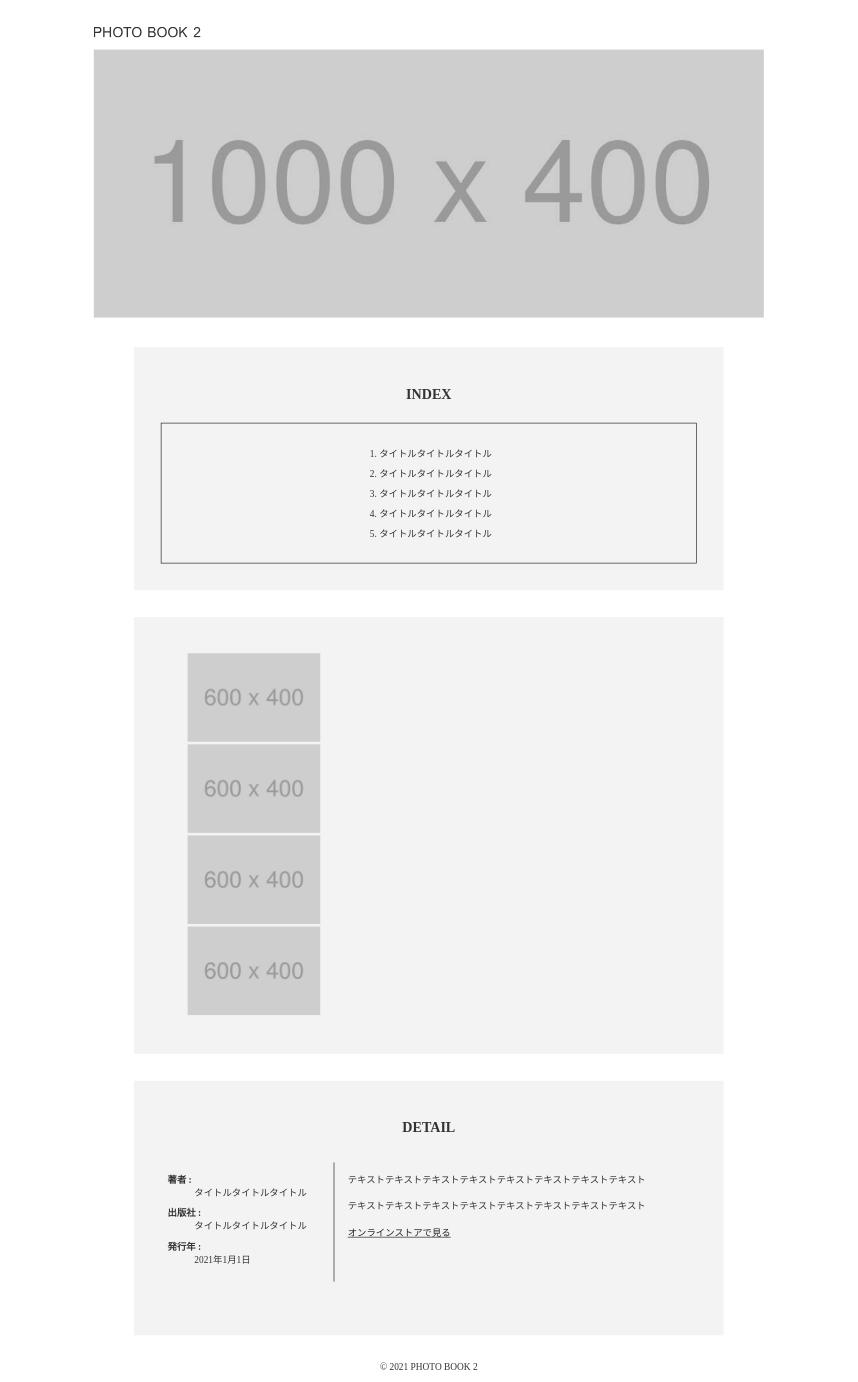
Repository: Fuki-san/photo-book-2
Page: http://localhost/photobook
These files come from the project's save history. The page is drawn as it stood at one moment and after a run of saves; the edit follows.
The browser window is 1280 px wide. The pictures show the whole page, at 67% of full size.
The page is served by the project's Laravel application, run on PHP 8.4 with Laravel 10.

Above is the page before, as saved 2023-12-01 12:35:42.

After the next 2 saves:
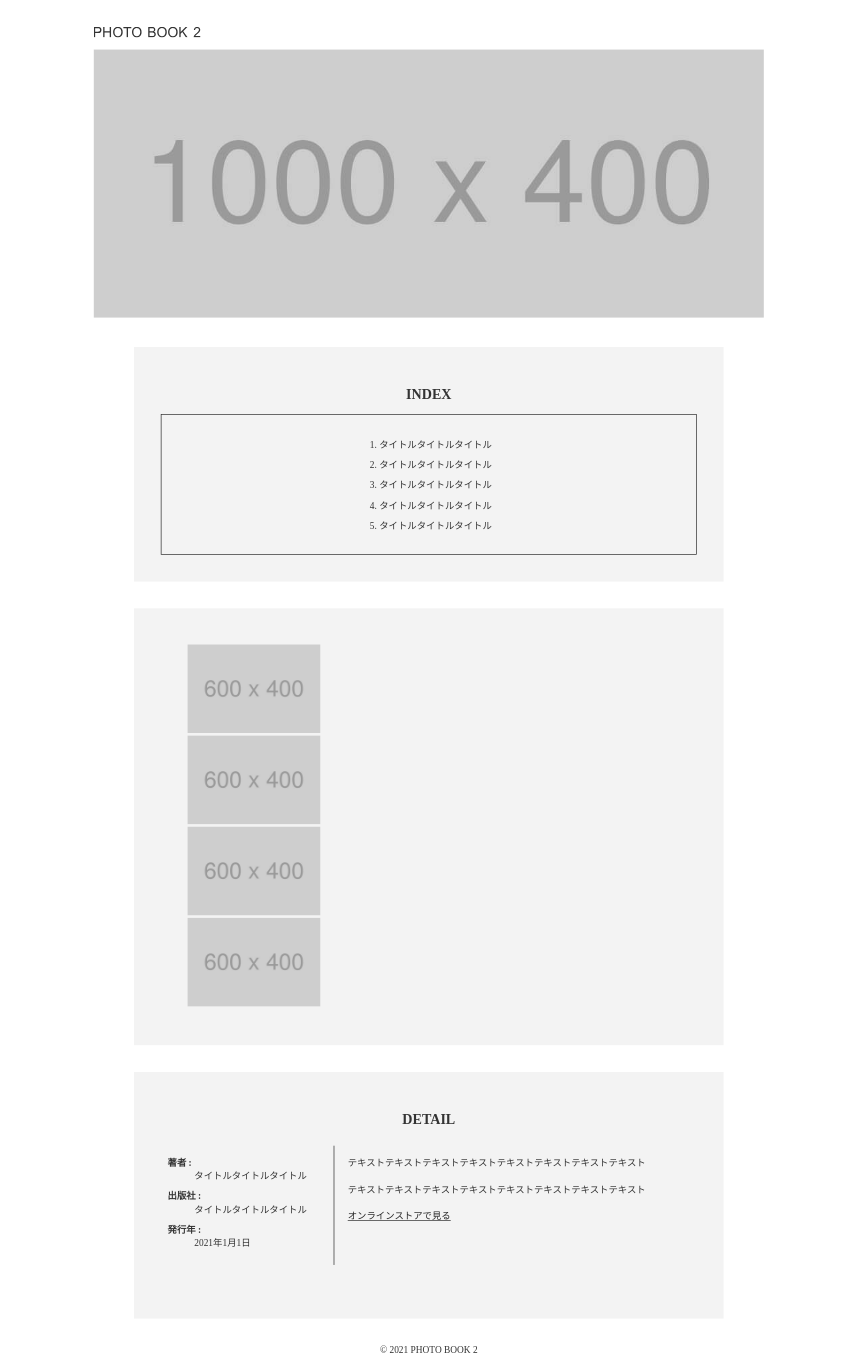
The 2 saves are shown as one change because they came seconds apart.
The last was saved 6 s later.
--- a/public/css/style.css
+++ b/public/css/style.css
@@ -23,7 +23,8 @@
 }
 .sec-title{
     text-align: center;
-    font-weight: ;
+    font-weight: bold;
+    font
     margin-bottom: 30px;
 }
 
